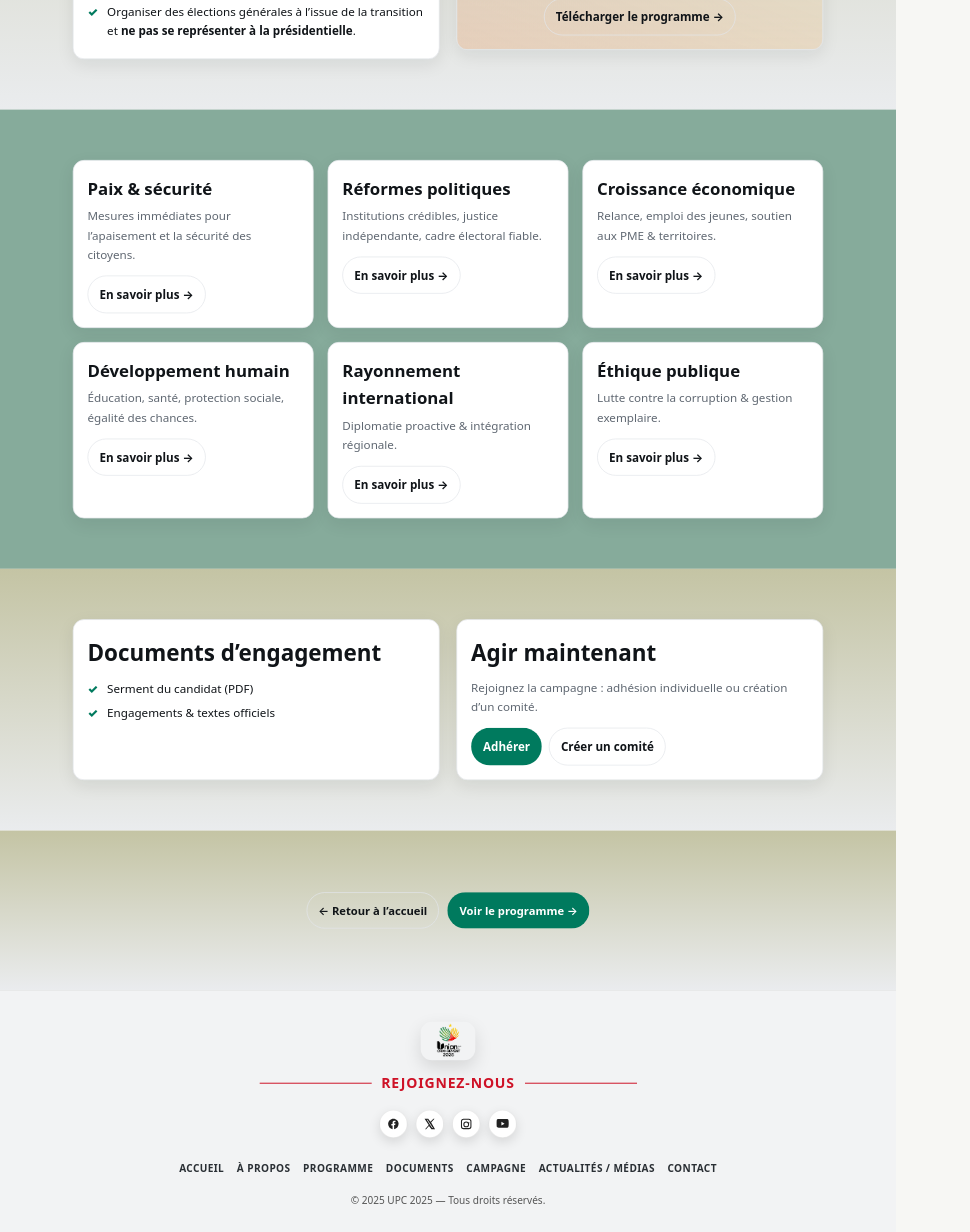
Repository: Kishny/upc2025
Page: candidat.html
These files come from the project's save history. The page is drawn as it stood at one moment and after the next save; the edit follows.
The browser window is 1280 px wide. The page is 1386 px wide, so the pictures cover 1386 px, including what lies to the right of the window. The pictures show the part of the page from y = 1051 to 2811 px (the page is 2815 px tall before and 2869 px after), at 70% of full size.

Above is the page before, as saved 2025-09-11 21:43:01.
Console error: ReferenceError: DICT_ABOUT is not defined

After the next save:
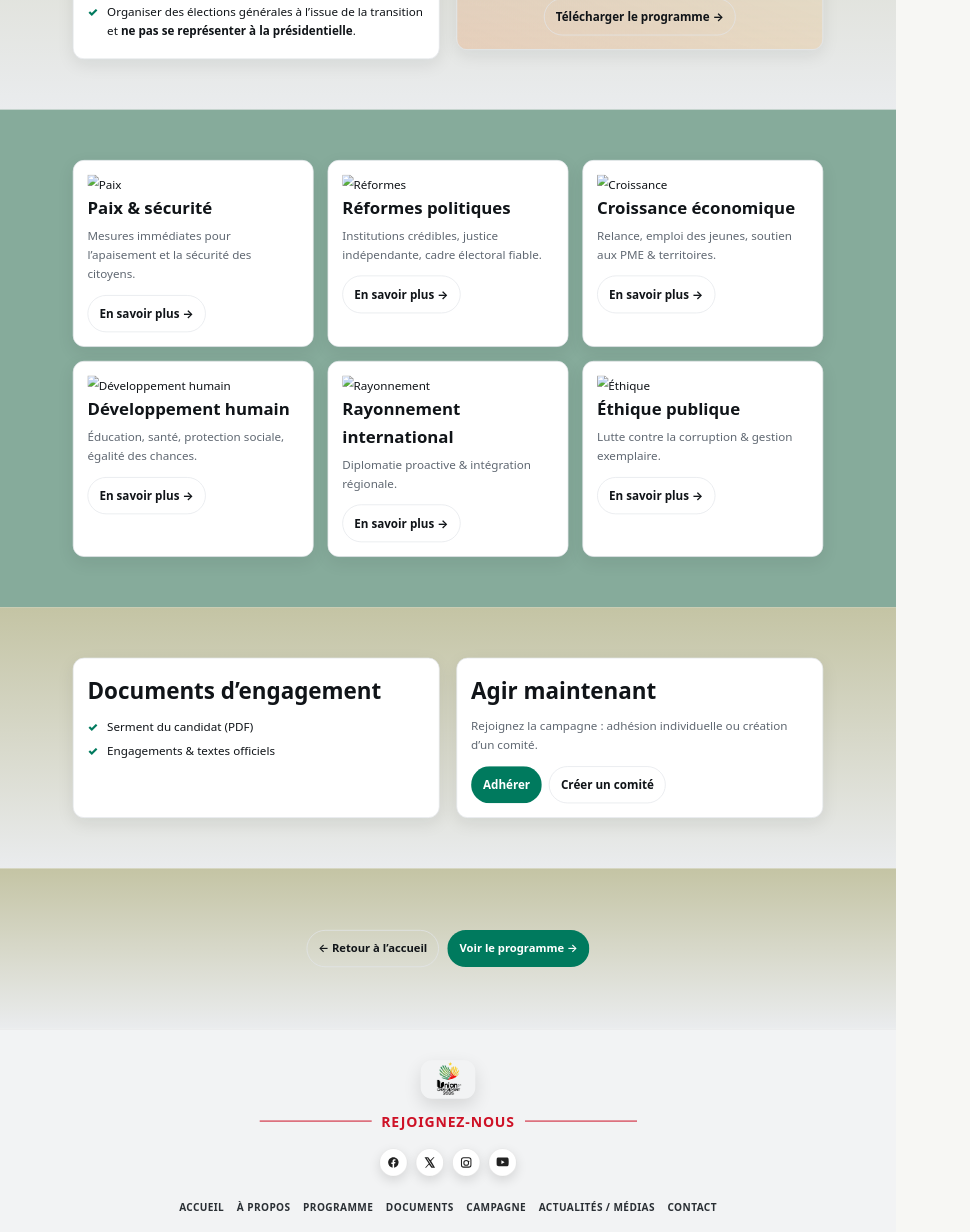
Not found: assets/img/icons/economy.png
Not found: assets/img/icons/ethics.png
Not found: assets/img/icons/human.png
Saved 90 min 3 s later.
--- a/candidat.html
+++ b/candidat.html
@@ -165,8 +165,13 @@
 
       <!-- Engagements clés -->
       <section class="section section--alt">
-        <div class="container cards">
-          <article class="card">
+        <div class="container cards pillars">
+          <article class="card pillar">
+            <img
+              src="assets/img/icons/peace.png"
+              alt="Paix"
+              class="pillar__icon"
+            />
             <h3 data-i18n="candidate_pillar_1">Paix & sécurité</h3>
             <p data-i18n="candidate_pillar_1_desc">
               Mesures immédiates pour l’apaisement et la sécurité des citoyens.
@@ -180,7 +185,12 @@
             </a>
           </article>
 
-          <article class="card">
+          <article class="card pillar">
+            <img
+              src="assets/img/icons/reforms.png"
+              alt="Réformes"
+              class="pillar__icon"
+            />
             <h3 data-i18n="candidate_pillar_2">Réformes politiques</h3>
             <p data-i18n="candidate_pillar_2_desc">
               Institutions crédibles, justice indépendante, cadre électoral
@@ -195,7 +205,12 @@
             </a>
           </article>
 
-          <article class="card">
+          <article class="card pillar">
+            <img
+              src="assets/img/icons/economy.png"
+              alt="Croissance"
+              class="pillar__icon"
+            />
             <h3 data-i18n="candidate_pillar_3">Croissance économique</h3>
             <p data-i18n="candidate_pillar_3_desc">
               Relance, emploi des jeunes, soutien aux PME & territoires.
@@ -209,7 +224,12 @@
             </a>
           </article>
 
-          <article class="card">
+          <article class="card pillar">
+            <img
+              src="assets/img/icons/human.png"
+              alt="Développement humain"
+              class="pillar__icon"
+            />
             <h3 data-i18n="candidate_pillar_4">Développement humain</h3>
             <p data-i18n="candidate_pillar_4_desc">
               Éducation, santé, protection sociale, égalité des chances.
@@ -223,7 +243,12 @@
             </a>
           </article>
 
-          <article class="card">
+          <article class="card pillar">
+            <img
+              src="assets/img/icons/international.png"
+              alt="Rayonnement"
+              class="pillar__icon"
+            />
             <h3 data-i18n="candidate_pillar_5">Rayonnement international</h3>
             <p data-i18n="candidate_pillar_5_desc">
               Diplomatie proactive & intégration régionale.
@@ -237,7 +262,12 @@
             </a>
           </article>
 
-          <article class="card">
+          <article class="card pillar">
+            <img
+              src="assets/img/icons/ethics.png"
+              alt="Éthique"
+              class="pillar__icon"
+            />
             <h3 data-i18n="candidate_pillar_6">Éthique publique</h3>
             <p data-i18n="candidate_pillar_6_desc">
               Lutte contre la corruption & gestion exemplaire.
